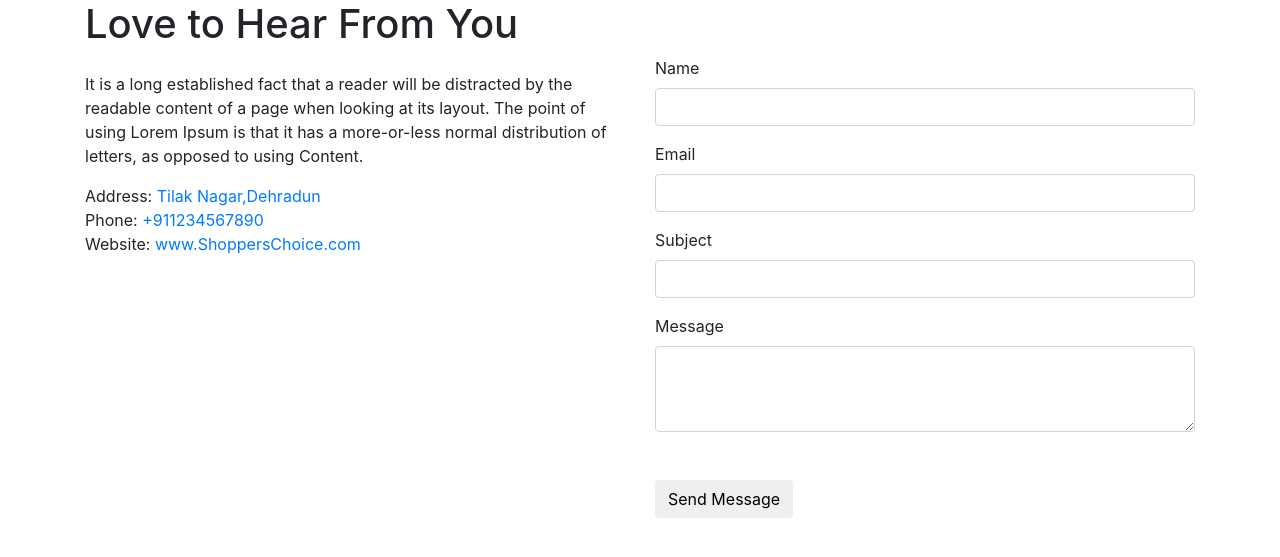
Repository: ShivaniSharma97/NewWorkspace
Page: http://localhost/ShoppersChoiceFrontend/WEB-INF/views/ContactUs.jsp
These files come from the project's save history. The page is drawn as it stood at one moment and after the next save; the edit follows.
The browser window is 1280 px wide. The pictures show the whole page.
Some web libraries are served in a nearby version. The page is served by Tomcat 9. Nobody is signed in. The template is opened directly, without the code that normally fills it, so the values that code supplies are empty.

Above is the page before, as saved 2019-03-06 02:28:29.
Console error: TypeError: Cannot read properties of undefined (reading 'fn')

After the next save:
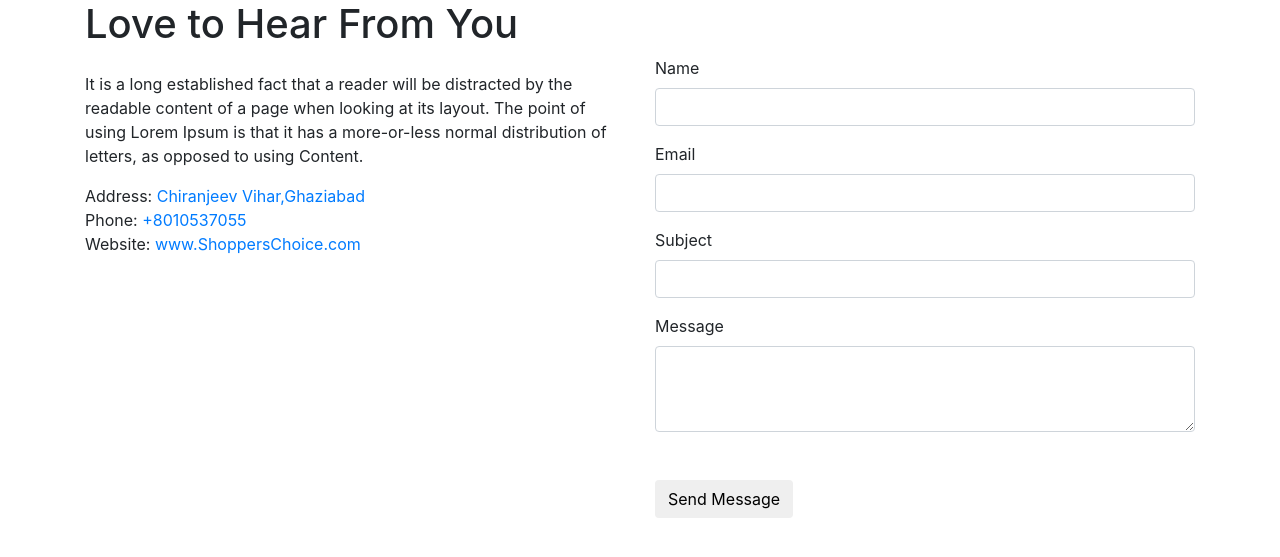
Saved 48 s later.
--- a/ShoppersChoiceFrontend/src/main/webapp/WEB-INF/views/ContactUs.jsp
+++ b/ShoppersChoiceFrontend/src/main/webapp/WEB-INF/views/ContactUs.jsp
@@ -23,10 +23,10 @@
 
 
                 <div class="find-widget">
-                 Address: <a href="#">Tilak Nagar,Dehradun</a>
+                 Address: <a href="#">Chiranjeev Vihar,Ghaziabad</a>
                 </div>
                 <div class="find-widget">
-                  Phone:  <a href="#">+911234567890</a>
+                  Phone:  <a href="#">+8010537055</a>
                 </div>
 
                 <div class="find-widget">
